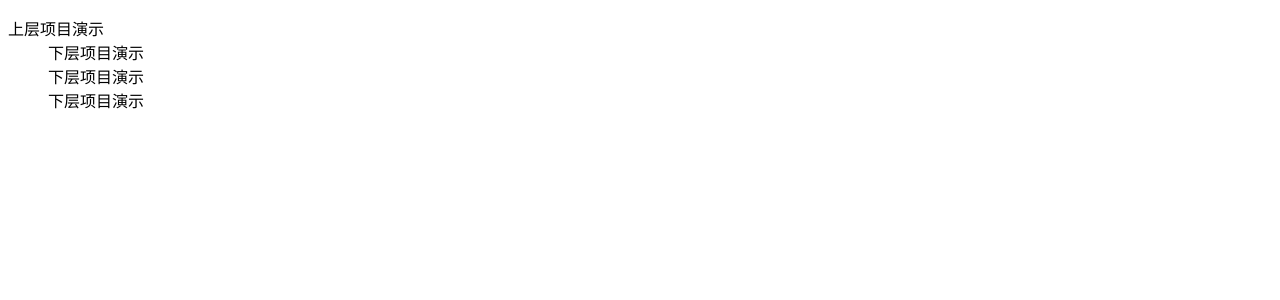
Repository: tangchengjingwen/javaLearningCode
Page: javaLearningCode/day29_html/list.html
The author's editor kept a copy of each file at every save. The page is drawn from the files as they stood at one save, then again after a run of saves.
The browser window is 1280 px wide. The pictures show the whole page.

Above is the page before, as saved 2012-05-13 04:00:37.

### javaLearningCode/day29_html/list.html
<!DOCTYPE HTML PUBLIC "-//W3C//DTD HTML 4.01//EN" "http://www.w3.org/TR/html4/strict.dtd">
<html>
	<head>
		<meta http-equiv="Content-Type" content="text/html; charset=gbk">
		<title>Untitled Document</title>
	</head>
	<body>

		<!--
			列表标签：dl 定义列表的范围。
			分两部分：
				上层项目：dt
				下层项目：dd	该标签具备着缩进效果。

		-->

		<dl>
			<dt>上层项目演示</dt>
			<dd>下层项目演示</dd>
			<dd>下层项目演示</dd>
			<dd>下层项目演示</dd>
		</dl>

		<!--
		带符号的项目列表。
		有序：
			ol
		无序：
			ul

		这两个列表中的具体条目都是用 li 标签封装。
		-->


	</body>
</html>

After the next 2 saves:
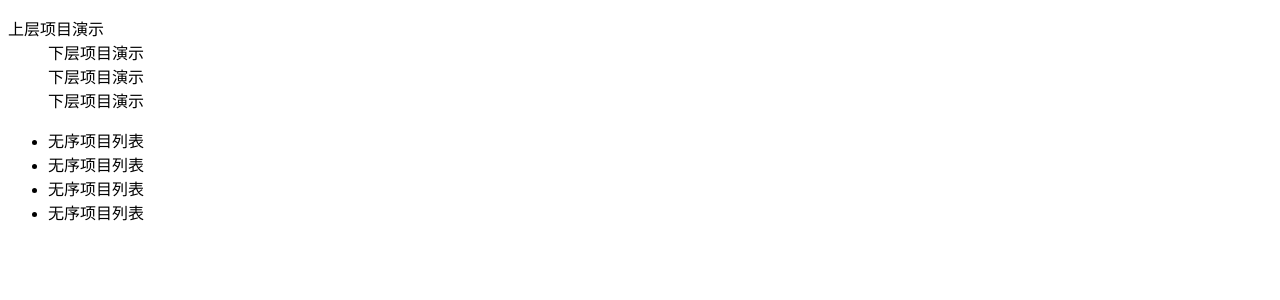
The 2 saves are shown as one change because they came seconds apart.
The last was saved 25 s later.
--- a/javaLearningCode/day29_html/list.html
+++ b/javaLearningCode/day29_html/list.html
@@ -31,6 +31,28 @@
 		这两个列表中的具体条目都是用 li 标签封装。
 		-->
 
+		<ul>
+			<li>无序项目列表</li>
+			<li>无序项目列表</li>
+			<li>无序项目列表</li>
+			<li>无序项目列表</li>
+		</ul>
+
+
+
+
+
+
+
+
+
+
+
+
+
+
+
+
 
 	</body>
 </html>
